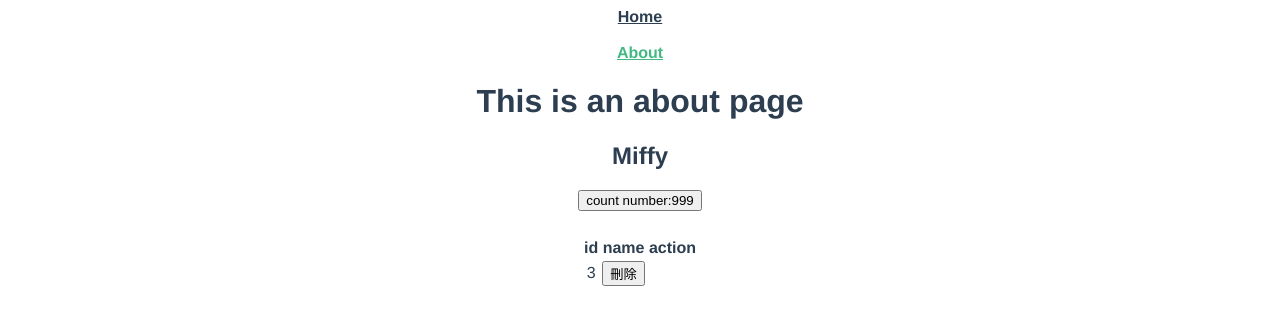
Repository: HaoMiffy/vue3-compisition-Typescript-pinia
Page: /about
An editor plug-in stored every save of this project. The page is shown before and after the next save, followed by the edit.
The browser window is 1280 px wide. The pictures show the whole page.
The project was rebuilt for these pictures with package versions that can differ from the ones it lists, and the page was loaded fresh each time. Also part of the build but not shown: vue.config.js, src/components/HelloWorld.vue, src/views/HomeView.vue.

Above is the page before, as saved 2022-12-12 13:25:54.

### src/main.ts
import { createApp } from 'vue'
import App from './App.vue'
import router from './router'
import { createPinia } from 'pinia'

createApp(App).use(createPinia()).use(router).mount('#app')

### src/App.vue
<template>
<navbar></navbar>
<RouterView></RouterView>
</template>


<script lang="ts" setup>
import navbar from './components/navbar.vue'
</script>

<style>
#app {
  font-family: Avenir, Helvetica, Arial, sans-serif;
  -webkit-font-smoothing: antialiased;
  -moz-osx-font-smoothing: grayscale;
  text-align: center;
  color: #2c3e50;
}

.nav {
  padding: 30px;
  text-align: left;
}



nav a {
  font-weight: bold;
  color: #2c3e50;
}

nav a.router-link-exact-active {
  color: #42b983;
}
</style>

### src/components/navbar.vue
<!-- eslint-disable vue/multi-word-component-names -->
<template>
    <nav class="navbar navbar-default">
        <div class="container-fluid">
            <div class="navbar-header">
                <router-link to="/" class="item">Home</router-link>
            </div>
            <br />
            <div>
                <router-link to="/about" class="item">About</router-link>
            </div>
        </div>
    </nav>
</template>

### src/views/AboutView.vue
<template>
  <div class="about">
    <h1>This is an about page</h1>
    <h2>{{ max }}</h2>
    <button @click="click()">count number:{{ counter.count }}</button>
    <div class="table">
      <table>
        <thead>
          <tr>
            <th v-for="colum in colums" :key="colum">{{colum}}</th>
            <th>action</th>
          </tr>
        </thead>
        <tbody>
          <tr v-for="(item, index) in data"  :key="index">
            <td>
              {{item.length}}
            </td>
            <td>
              <button @click="remove(index)">刪除</button>
            </td>
          </tr>
        </tbody>
      </table>
    </div>
  </div>
</template>

<script lang="ts" setup>
import { ref, reactive } from 'vue'
import { PublicStore } from '@/store/index'


const store = PublicStore()

const max = ref("Miffy")
const counter = reactive({ count: 999 })

const colums = reactive(['id', 'name'])


const data = reactive([
store.$state.data
])

function click() {
  counter.count++
}

function remove(index: number) {
  data.splice(index, 1);
  console.log(data)
}



</script>

<style>
.table {
  margin-top: 25px;
  display: flex;
  justify-content: center;
  align-items: center;
}
</style>

### src/store/index.ts
import { defineStore } from 'pinia'
export const PublicStore = defineStore('Public', { // Public项目唯一id
  state: () => ({
      data: [
        {
          id: 123,
          name: "Miffy"
        },
        {
          id: 456,
          name: "Miffy"
        },
        {
          id: 789,
          name: "Miffy"
        }
      ]
  }),
  getters: {

  },
  actions: {

  },
})

Loaded but not shown: src/router/index.ts (common file)

After the next save:
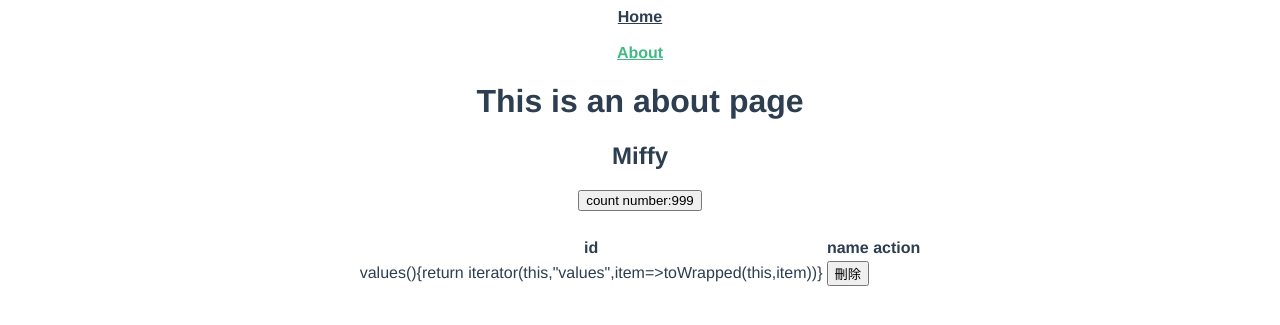
Saved 13 s later.
--- a/src/views/AboutView.vue
+++ b/src/views/AboutView.vue
@@ -14,7 +14,7 @@
         <tbody>
           <tr v-for="(item, index) in data"  :key="index">
             <td>
-              {{item.length}}
+              {{item.values}}
             </td>
             <td>
               <button @click="remove(index)">刪除</button>
